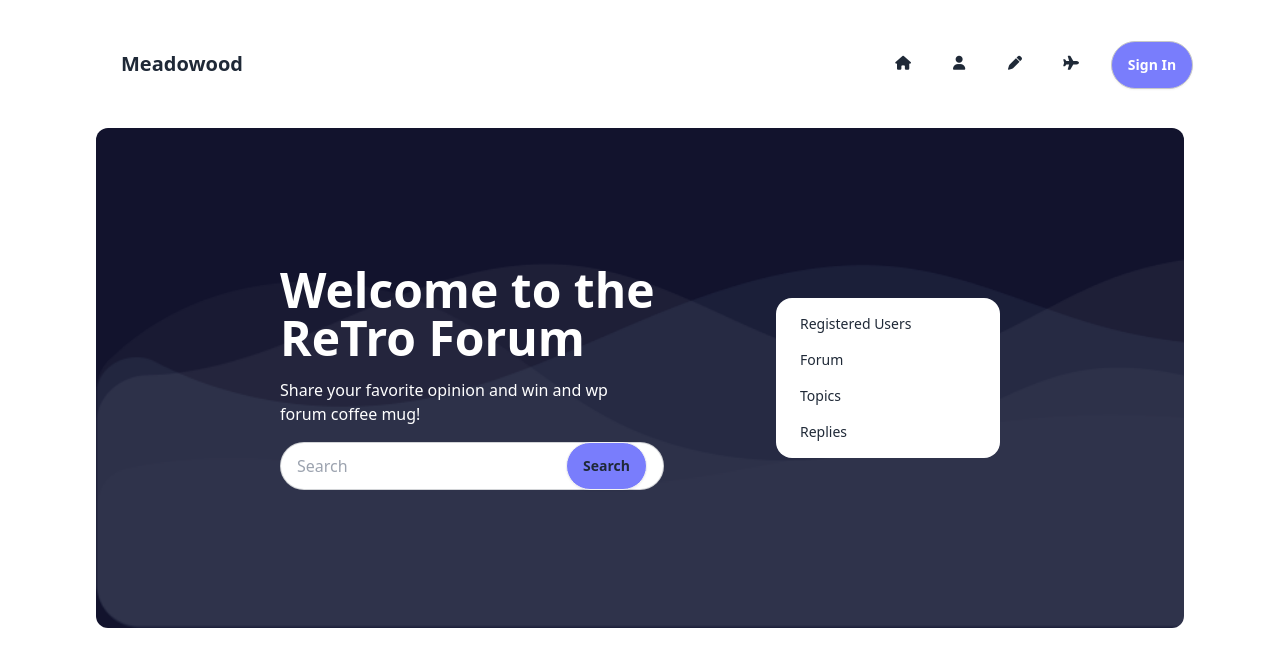
Repository: RudrasahaDibos/Meadowood-Forum
Page: index.html
These files come from the project's save history. The page is drawn as it stood at one moment and after a run of saves; the edit follows.
The browser window is 1280 px wide. The pictures show the whole page.
Some web libraries are served in a nearby version.

Above is the page before, as saved 2024-11-24 12:52:21.

### index.html
<!DOCTYPE html>
<html lang="en">
    <head>
        <meta charset="UTF-8">
        <meta name="viewport" content="width=device-width, initial-scale=1.0">
        <title>Meadowood Forum</title>

        <!-- tailwind  -->
        <link
            href="https://cdn.jsdelivr.net/npm/daisyui@4.12.14/dist/full.min.css"
            rel="stylesheet" type="text/css" />
        <script src="https://cdn.tailwindcss.com"></script>

        <!-- font awesome  -->
        <link rel="stylesheet"
            href="https://cdnjs.cloudflare.com/ajax/libs/font-awesome/6.7.1/css/all.min.css"
            integrity="sha512-5Hs3dF2AEPkpNAR7UiOHba+lRSJNeM2ECkwxUIxC1Q/FLycGTbNapWXB4tP889k5T5Ju8fs4b1P5z/iB4nMfSQ=="
            crossorigin="anonymous" referrerpolicy="no-referrer" />

    </head>
    <body class="container mx-auto lg:px-24 px-8">
        <!-- header is start here  -->
        <header class="mt-8">
            <!-- navbar is start here  -->
            <div class="navbar bg-base-100">
                <div class="flex-1">
                    <a class="btn btn-ghost text-xl">Meadowood</a>
                </div>
                <div class="flex-none">
                    <div class="dropdown dropdown-end mr-6">
                        <div  role="button"
                            class="btn btn-ghost btn-circle flex w-full  ">
                            <div class="indicator rounded-full border-1 h-8 w-8 mr-4 tooltip" data-tip="home">
                                <i class="fa-solid fa-house h-5 w-5 mx-auto mt-2"></i>
                            </div>
                            <div class="indicator rounded-full border-1 h-8 w-8 mr-4 tooltip" data-tip="User">
                                <i class="fa-solid fa-user h-5 w-5 mx-auto mt-2"></i>
                            </div>
                            <div class="indicator rounded-full border-1 h-8 w-8 mr-4 tooltip" data-tip="pen">
                                <i class="fa-solid fa-pen h-5 w-5 mx-auto mt-2"></i>
                            </div>
                            <div class="indicator rounded-full border-1 h-8 w-8 mr-4 tooltip" data-tip="flight">
                                <i class="fa-solid fa-plane h-5 w-5 mx-auto mt-2"></i>
                            </div>
                        </div>

                    </div>
                    <div class="dropdown dropdown-end">
                        <div tabindex="0" role="button"
                            class="btn btn-ghost btn-circle avatar">

                                <button class="btn btn-active bg-[#797DFC] text-white rounded-full ">Sign In</button>

                        </div>
                        <ul
                            tabindex="0"
                            class="menu menu-sm dropdown-content bg-base-100 rounded-box z-[1] mt-3 w-52 p-2 shadow">
                            <li>
                                <a class="justify-between">
                                    Profile
                                    <span class="badge">New</span>
                                </a>
                            </li>
                            <li><a>Settings</a></li>
                            <li><a>Logout</a></li>
                        </ul>
                    </div>
                </div>
            </div>
            <!-- navbar is  end here  -->

             <!-- bannner start here  -->
             <div class="lg:w-full w-[450px] relative bg-no-repeat bg-cover h-[500px] z-0 rounded-xl overflow-hidden mt-8 bg-[#12132D]" style="background-image: url('/images/bgbanner.png');">
                <div class="relative top-0 left-0 w-full h-full z-10  flex  justify-center items-center gap-28 ">

                  <div class="space-y-4">
                    <h2 class="text-5xl font-extrabold font-manrope text-white">Welcome to the <br> ReTro Forum</h2>
                    <p class="text-white">Share your favorite opinion and win and wp <br> forum coffee mug!</p>
                    <label class="input input-bordered flex items-center gap-2 w-96 rounded-full">
                        <input type="text" class="grow" placeholder="Search" />
                         <button class="btn bg-[#797DFC] rounded-full">Search</button>
                      </label>
                  </div>

                   <div>
                    <ul class="menu bg-[#FFFFFF] rounded-box w-56">

                        <li><a>Registered Users</a></li>
                        <li><a>Forum</a></li>
                        <li><a>Topics</a></li>
                        <li><a>Replies</a></li>
                      </ul>
                   </div>

                </div>
                </div>
             <!-- bannner end here  -->




        </header>
        <!-- header is end here  -->

        <!-- main is start here  -->
        <main>

        </main>
        <!-- main is end here  -->

        <!-- footer is start here  -->

        <!-- footer is end here  -->
    </body>
</html>

After the next 2 saves:
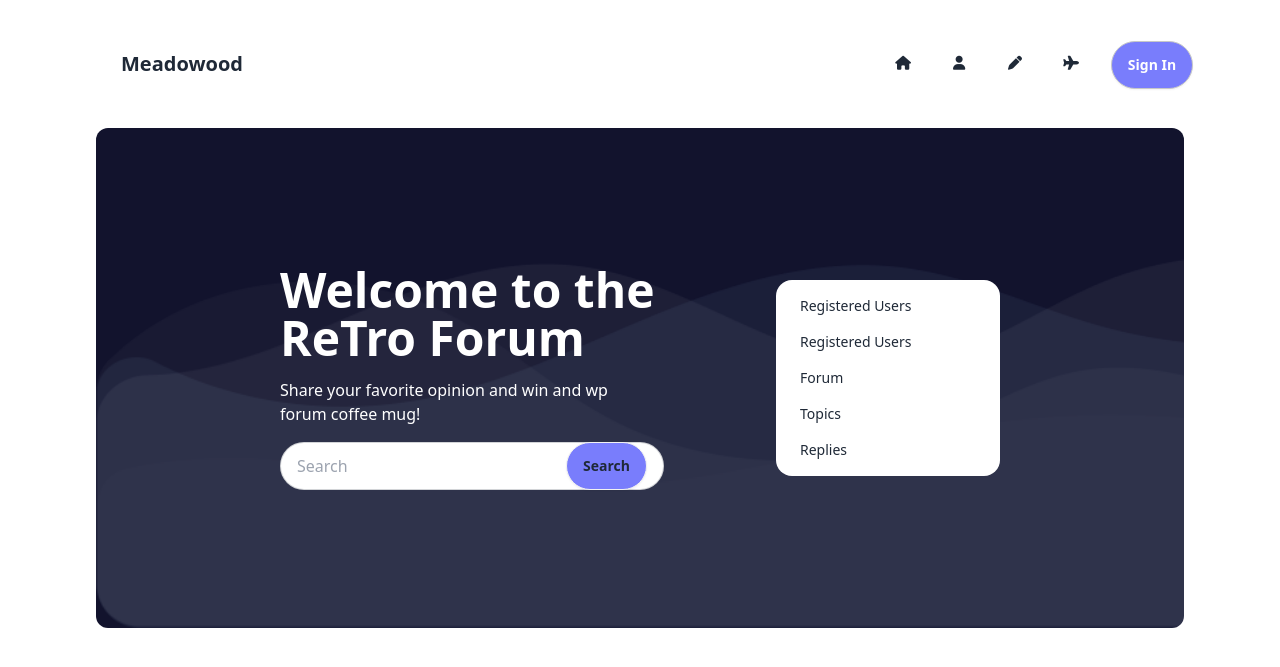
The 2 saves are shown as one change because they came seconds apart.
The last was saved 11 s later.
--- a/index.html
+++ b/index.html
@@ -85,7 +85,7 @@
                    <div>
                     <ul class="menu bg-[#FFFFFF] rounded-box w-56">
 
-                        <li><a>Registered Users</a></li>
+                        <li><a>Registered Users</a><a>Registered Users</a></li>
                         <li><a>Forum</a></li>
                         <li><a>Topics</a></li>
                         <li><a>Replies</a></li>
